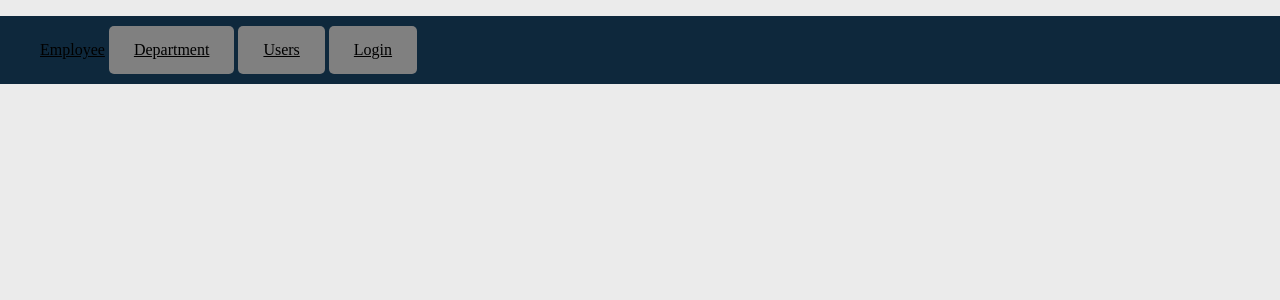
Repository: avsuhas/Java-Project
Page: Employee Project/WebContent/html/button.html
An editor plug-in stored every save of this project. The page is shown before and after the next save, followed by the edit.
The browser window is 1280 px wide. The pictures show the whole page.

Above is the page before, as saved 2017-05-24 21:43:55.

After the next save:
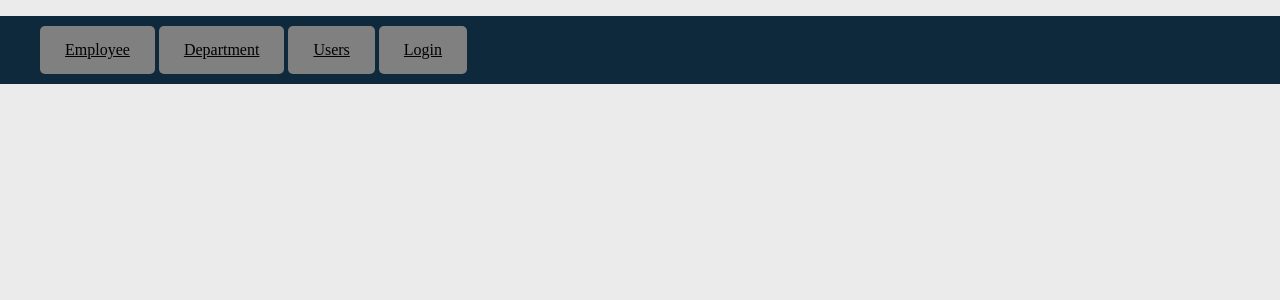
Saved 21 s later.
--- a/Employee Project/WebContent/html/button.html
+++ b/Employee Project/WebContent/html/button.html
@@ -36,7 +36,7 @@
 <body>
 	<div class="ulTag">
 	<ul>
-		 <a href="../jsp/employees.jsp" style="color:black;">Employee</a>
+		<li class="liTag"> <a href="../jsp/employees.jsp" style="color:black;">Employee</a></li>
 
 		<li class="liTag"><a href="../jsp/departments.jsp" style="color:black;">Department</a></li>
 		<li class="liTag"><a href="#" style="color:black;">Users</a></li>
